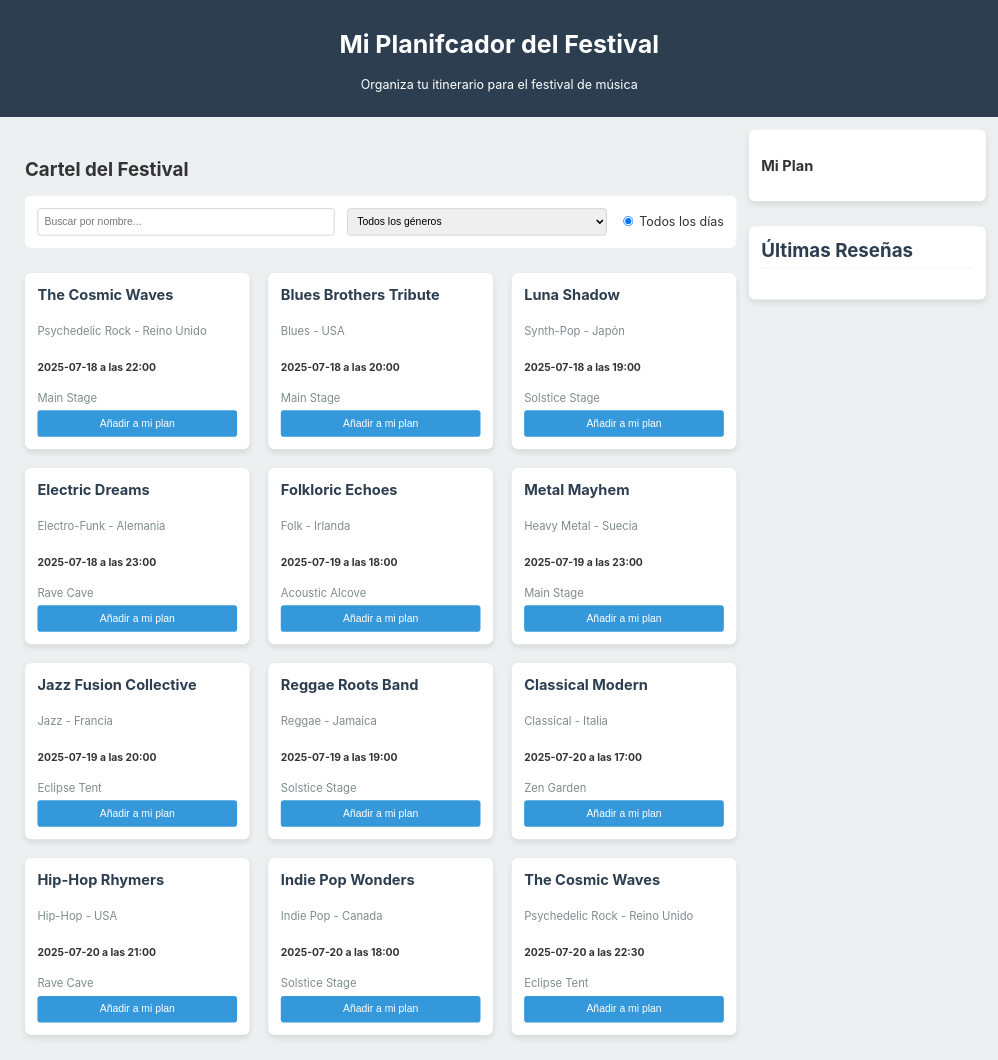
Repository: rotoforze/DWEC
Page: 2_examen_alexBernardos/index.html
The author's editor kept a copy of each file at every save. The page is drawn from the files as they stood at one save, then again after the next save.
The browser window is 1280 px wide. The pictures show the whole page, at 78% of full size.

Above is the page before, as saved 2025-12-12 11:35:53.

### 2_examen_alexBernardos/index.html
<!DOCTYPE html>
<html lang="es">
<head>
    <meta charset="UTF-8">
    <meta name="viewport" content="width=device-width, initial-scale=1.0">
    <title>Festival</title>
    <link rel="stylesheet" href="css/style.css">
</head>
<body>
    <!-- Encabezado principal de la aplicación -->
    <header>
        <h1>Mi Planifcador del Festival</h1>
        <p>Organiza tu itinerario para el festival de música</p>
    </header>

    <!-- Contenedor principal de la aplicación: organiza el dashboard y la columna derecha -->
    <div class="container">
        <!-- Sección principal del dashboard: muestra el cartel del festival y los filtros -->
        <main id="dashboard">
            <h2>Cartel del Festival</h2>
            <!-- Formulario de filtros para buscar y categorizar artistas -->
            <form id="filter-form">
                <input type="text" id="search-name" placeholder="Buscar por nombre...">
                <select id="filter-genre">
                    <option value="">Todos los géneros</option>
                    <!-- Las opciones de género se cargarán aquí dinámicamente mediante JavaScript -->
                </select>
                <div id="filter-day" class="radio-group">
                    <label><input type="radio" name="day" value="" checked> Todos los días</label>
                    <!-- Las opciones de día se cargarán aquí dinámicamente mediante JavaScript -->
                </div>
            </form>
            <!-- Contenedor donde se mostrarán las tarjetas de los artistas filtrados -->
            <div id="artist-list" class="grid-container">
                <!-- Las tarjetas de artistas se insertarán aquí por JavaScript -->
            </div>
        </main>

        <!-- Columna lateral derecha: contiene el plan del usuario y las reseñas -->
        <div class="right-column">
            <!-- Sección para el plan personalizado del usuario -->
            <aside id="my-plan-container">
                <h3>Mi Plan</h3>
                <!-- Lista donde se añadirán las actuaciones seleccionadas por el usuario -->
                <ul id="plan-list">
                    <!-- Las actuaciones añadidas aparecerán aquí por JavaScript -->
                </ul>
            </aside>
            <!-- Sección para mostrar las reseñas de los artistas -->
            <section id="reviews-section">
                <h2>Últimas Reseñas</h2>
                <!-- Contenedor donde se mostrarán las tarjetas de las reseñas -->
                <div id="reviews-list">
                    <!-- Las reseñas se insertarán aquí por JavaScript -->
                </div>
            </section>
        </div>
    </div>

    <!-- Modal para el formulario de reseña (inicialmente oculto) -->
    <div id="review-modal" class="modal-overlay" style="display: none;">
        <div class="modal-content">
            <button class="close-modal">&times;</button>
            <h3 id="modal-artist-name">Dejar reseña para...</h3>
            <!-- Formulario de reseña del artista. La validación se realiza en el cliente. -->
            <form id="review-form" novalidate>
                <div class="form-group">
                    <label>Calificación:</label>
                    <div class="star-rating">
                        <!-- Campos de radio para la calificación por estrellas (5 a 1) -->
                        <input type="radio" id="star5" name="rating" value="5" required><label for="star5" title="5 stars">★</label>
                        <input type="radio" id="star4" name="rating" value="4"><label for="star4" title="4 stars">★</label>
                        <input type="radio" id="star3" name="rating" value="3"><label for="star3" title="3 stars">★</label>
                        <input type="radio" id="star2" name="rating" value="2"><label for="star2" title="2 stars">★</label>
                        <input type="radio" id="star1" name="rating" value="1"><label for="star1" title="1 star">★</label>
                    </div>
                    <span class="error-message"></span>
                </div>
                <div class="form-group">
                    <label for="comment">Comentario:</label>
                    <textarea id="comment" name="comment" rows="4" minlength="15" required></textarea>
                    <span class="error-message"></span>
                </div>
                <div class="form-group">
                    <label for="email">Email:</label>
                    <input type="email" id="email" name="email" required>
                    <span class="error-message"></span>
                </div>
                <button type="submit">Enviar Reseña</button>
            </form>
        </div>
    </div>


    <!-- Mensaje de éxito temporal para confirmaciones de usuario (inicialmente oculto) -->
    <div id="success-message" class="success-message" style="display: none;"></div>

    <!-- Enlace al archivo JavaScript principal de la aplicación.
         El atributo 'type="module"' permite usar importaciones y exportaciones de módulos. -->
    <script src="js/main.js" type="module"></script>
</body>
</html>

### 2_examen_alexBernardos/css/style.css
/* --- GENERALES Y LAYOUT --- */
/* Este bloque define variables globales (--variable) para la paleta de colores y estilos reutilizables.
   También establece los estilos base para la página, como la fuente y la maquetación principal de dos columnas usando Flexbox. */
:root {
    --primary-color: #2c3e50;
    --secondary-color: #3498db;
    --background-color: #ecf0f1;
    --card-bg-color: #ffffff;
    --text-color: #333;
    --error-color: #e74c3c;
    --success-color: #2ecc71;
    --star-color: #f1c40f;
    --border-radius: 8px;
    --box-shadow: 0 4px 8px rgba(0, 0, 0, 0.1);
}

body {
    font-family: -apple-system, BlinkMacSystemFont, "Segoe UI", Roboto, Helvetica, Arial, sans-serif;
    margin: 0;
    background-color: var(--background-color);
    color: var(--text-color);
}

header {
    background-color: var(--primary-color);
    color: white;
    padding: 1rem 2rem;
    text-align: center;
}

.container {
    display: flex;
    flex-wrap: wrap;
    padding: 1rem;
}

main#dashboard {
    flex: 3;
    min-width: 300px;
    padding: 1rem;
}

.right-column {
    flex: 1;
    min-width: 300px;
    display: flex;
    flex-direction: column;
    gap: 2rem;
}

aside#my-plan-container {
    background-color: var(--card-bg-color);
    padding: 1rem;
    border-radius: var(--border-radius);
    box-shadow: var(--box-shadow);
}

/* --- FORMULARIO DE FILTROS --- */
/* Estilos para el formulario que permite al usuario buscar y filtrar artistas. */
#filter-form {
    display: flex;
    flex-wrap: wrap;
    gap: 1rem;
    margin-bottom: 2rem;
    background-color: var(--card-bg-color);
    padding: 1rem;
    border-radius: var(--border-radius);
}

#filter-form input[type="text"],
#filter-form select {
    padding: 0.5rem;
    border: 1px solid #ccc;
    border-radius: 4px;
    flex-grow: 1;
}

.radio-group {
    display: flex;
    gap: 1rem;
    align-items: center;
}

/* --- TARJETAS DE ARTISTAS --- */
/* Define el layout de parrilla para las tarjetas de artistas y el estilo de cada tarjeta individual,
   incluyendo efectos visuales como sombras y animaciones al pasar el ratón. */
.grid-container {
    display: grid;
    grid-template-columns: repeat(auto-fill, minmax(220px, 1fr));
    gap: 1.5rem;
}

.artist-card {
    background: var(--card-bg-color);
    border-radius: var(--border-radius);
    box-shadow: var(--box-shadow);
    padding: 1rem;
    transition: transform 0.2s, box-shadow 0.2s;
    display: flex;
    flex-direction: column;
}

.artist-card:hover {
    transform: translateY(-5px);
    box-shadow: 0 8px 16px rgba(0, 0, 0, 0.15);
}

.artist-card h3 {
    margin-top: 0;
    color: var(--primary-color);
}

.artist-card p {
    font-size: 0.9rem;
    color: #7f8c8d;
    margin: 0.5rem 0;
}

.card-schedule-info {
    font-size: 0.85rem;
    color: #34495e;
    background-color: #f8f9f9;
    padding: 0.5rem;
    border-radius: 4px;
    margin: 1rem 0;
    border-left: 3px solid var(--secondary-color);
}

.card-schedule-info span {
    display: block;
}

.card-schedule-info span:first-child {
    font-weight: bold;
}

.artist-card button {
    background-color: var(--secondary-color);
    color: white;
    border: none;
    padding: 0.6rem 1rem;
    border-radius: 4px;
    cursor: pointer;
    width: 100%;
    margin-top: auto; /* Empuja el botón al final */
    transition: background-color 0.2s;
}

.artist-card button:hover {
    background-color: #2980b9;
}

/* --- SECCIÓN "MI PLAN" --- */
/* Estilos para la lista de actuaciones que el usuario ha seleccionado.
   Incluye el estilo de cada elemento de la lista y sus botones de acción (Eliminar, Dejar reseña). */
#plan-list {
    list-style-type: none;
    padding: 0;
    margin: 0;
}

#plan-list li {
    background-color: #f9f9f9;
    padding: 0.8rem;
    margin-bottom: 0.8rem;
    border-radius: 4px;
    border-left: 5px solid var(--secondary-color);
    position: relative;
}

#plan-list .plan-item-info strong {
    display: block;
    color: var(--primary-color);
}

#plan-list .plan-item-info span {
    font-size: 0.85rem;
    color: #7f8c8d;
}

#plan-list .plan-item-actions {
    margin-top: 0.5rem;
    display: flex;
    gap: 0.5rem;
}

.plan-item-actions button {
    font-size: 0.75rem;
    padding: 0.3rem 0.6rem;
    border-radius: 3px;
    cursor: pointer;
    border: 1px solid;
}

.btn-delete {
    border-color: var(--error-color);
    color: var(--error-color);
    background: transparent;
}
.btn-review {
    border-color: var(--secondary-color);
    color: var(--secondary-color);
    background: transparent;
}
.btn-review:disabled {
    border-color: #ccc;
    color: #ccc;
    cursor: not-allowed;
}


/* --- MODAL --- */
/* Estilos para la ventana modal que aparece superpuesta.
   Define la capa de fondo oscura y el contenedor del contenido del modal. */
.modal-overlay {
    position: fixed;
    top: 0;
    left: 0;
    width: 100%;
    height: 100%;
    background-color: rgba(0, 0, 0, 0.6);
    display: flex;
    justify-content: center;
    align-items: center;
    z-index: 1000;
}

.modal-content {
    background: white;
    padding: 2rem;
    border-radius: var(--border-radius);
    width: 90%;
    max-width: 500px;
    position: relative;
}

.close-modal {
    position: absolute;
    top: 1rem;
    right: 1rem;
    background: none;
    border: none;
    font-size: 1.5rem;
    cursor: pointer;
}

/* --- FORMULARIO DE RESEÑA --- */
/* Define los estilos para el formulario dentro del modal, incluyendo los campos de entrada,
   los mensajes de error de validación y el sistema de calificación por estrellas. */
#review-form .form-group {
    margin-bottom: 1rem;
}

#review-form label {
    display: block;
    margin-bottom: 0.3rem;
}

#review-form input,
#review-form textarea {
    width: 100%;
    padding: 0.5rem;
    border: 1px solid #ccc;
    border-radius: 4px;
    box-sizing: border-box;
}

#review-form button {
    background-color: var(--success-color);
    color: white;
    padding: 0.7rem 1.5rem;
    border: none;
    border-radius: 4px;
    cursor: pointer;
}
.error-message {
    color: var(--error-color);
    font-size: 0.8rem;
    height: 1rem;
    display: block;
}
input:invalid, textarea:invalid {
    border-color: var(--error-color);
}

/* Star Rating: Implementación de calificación por estrellas con inputs de radio y CSS. */
.star-rating {
    display: flex;
    flex-direction: row-reverse;
    justify-content: flex-end;
}

.star-rating input[type="radio"] {
    display: none;
}

.star-rating label {
    color: #ccc;
    cursor: pointer;
    font-size: 2rem;
    margin: 0;
}

.star-rating input[type="radio"]:checked ~ label,
.star-rating label:hover,
.star-rating label:hover ~ label {
    color: var(--star-color);
}

/* --- MENSAJE DE ÉXITO --- */
/* Estilos para la notificación flotante que aparece tras enviar una reseña. */
.success-message {
    position: fixed;
    bottom: 20px;
    left: 50%;
    transform: translateX(-50%);
    background-color: var(--success-color);
    color: white;
    padding: 1rem 2rem;
    border-radius: var(--border-radius);
    z-index: 1001;
    box-shadow: var(--box-shadow);
}


/* --- SECCIÓN DE RESEÑAS --- */
/* Estilos para la sección que muestra las reseñas enviadas y el formato de cada tarjeta de reseña. */
#reviews-section {
    background-color: var(--card-bg-color);
    padding: 1rem;
    border-radius: var(--border-radius);
    box-shadow: var(--box-shadow);
}

#reviews-section h2 {
    text-align: left;
    margin-top: 0;
    margin-bottom: 1.5rem;
    padding-bottom: 0.5rem;
    border-bottom: 1px solid #eee;
    color: var(--primary-color);
}

#reviews-list {
    display: flex;
    flex-direction: column;
    gap: 1rem;
}

.review-card {
    background: #f9f9f9;
    border-radius: var(--border-radius);
    padding: 1rem;
    display: flex;
    flex-direction: column;
    border-left: 5px solid var(--secondary-color);
}

.review-card h4 {
    margin: 0 0 0.5rem 0;
    color: var(--primary-color);
}

.review-card-rating {
    color: var(--star-color);
    font-size: 1.2rem;
    margin-bottom: 1rem;
}

.review-card-comment {
    font-style: italic;
    color: #555;
    margin: 0;
}


/* --- RESPONSIVE --- */
/* Contiene las Media Queries para adaptar el diseño a diferentes tamaños de pantalla,
   como apilar las columnas en dispositivos móviles. */
@media (max-width: 992px) {
    .container {
        flex-direction: column;
    }
    .right-column {
        margin-top: 2rem;
        gap: 2rem;
    }
}

### 2_examen_alexBernardos/js/main.js
// js/main.js

import { cargarDatos } from "./dataManager.js";

function init(){
    // iniciamos la app
    console.log('%c Iniciando...', "color:green;");

    cargarDatos();

}


document.addEventListener('DOMContentLoaded', init);

### 2_examen_alexBernardos/js/dataManager.js
import { renderTarjetas } from "./renderer.js";

let horarios;
let artistas;
let escenarios;
let generos = [];


export async function cargarDatos() {

    console.log('%c Cargando datos de horarios.json, artistas.json, escenarios.json.', 'color:blue;');
    // guardo los horarios
    horarios = await fetchRute("./data/horarios.json");
    // guardo los artistas
    artistas = await fetchRute("./data/artistas.json");
    // guardo los escenarios
    escenarios = await fetchRute("./data/escenarios.json");
    console.log('%c Datos de horarios.json, artistas.json, escenarios.json, cargados correctamente.', 'color:blue;');

    sacarGeneros();
    ponerGenerosEnSelect();
    renderTarjetas(horarios);
}

/**
 * Saca los generos de los artistas y los mete en un array
 * no admite duplicados
 */
function sacarGeneros() {
    for (const artista of artistas) {
        if (!generos.includes(artista.genero)) {
            generos.push(artista.genero);
        }
    }
}

/**
 * Pone los generos en el select.
 */
function ponerGenerosEnSelect() {
    const listaGeneros = document.querySelector('#filter-genre');
    generos.map((genero, clave) => {
        listaGeneros.innerHTML += (`
            <option value="${clave}">${genero}</option>
            `);
    })
}

/**
 * Recibe un id de un artista y devuelve el objeto correspondiente
 *
 * @param {String} id
 * @returns {object}
 */
export function getArtista(id) {
    for (const artista of artistas) {
        if (artista.id == id) {
            return artista;
        }
    }
}

/**
 * Recibe un id de un escenario y devuelve el objeto correspondiente
 *
 * @param {String} id
 * @returns {object}
 */
export function getEscenario(id) {
    for (const escenario of escenarios) {
        if (escenario.id == id) {
            return escenario;
        }
    }
}

/**
 * Recibe una ruta, usando una promesa, hace un fetch y devuelve su resultado.
 *
 * @param {File} rute
 */
async function fetchRute(rute) {
    return new Promise((resolve, reject) =>
        fetch(rute)
            .then(resp => resp.json())
            .then((data) => resolve(data))
            .catch((error) => reject(error)));
}

### 2_examen_alexBernardos/js/renderer.js
import { getArtista, getEscenario } from "./dataManager.js";

export function renderTarjetas(horarios) {
    const contenedor = document.querySelector("#artist-list");
    contenedor.innerHTML = "";
    for (const horario of horarios) {
        contenedor.innerHTML += nuevaTarjeta(horario.artistaId, horario.dia,
                                    horario.horaInicio, horario.escenarioId);
    }
}

function nuevaTarjeta(artistaId, dia, horaInicio, escenarioId) {
    return (`
        <div class="artist-card">
            <h3>${getArtista(artistaId).nombre}</h3>
            <p>${getArtista(artistaId).genero} - ${getArtista(artistaId).pais}</p>
            <div>
                <h5>${dia} a las ${horaInicio}</h5>
                <p>${getEscenario(escenarioId).nombre}</p>
            </div>
            <button>Añadir a mi plan</button>
        </div>
        `)
}

### 2_examen_alexBernardos/data/horarios.json
[
  {
    "artistaId": "a1",
    "escenarioId": "e6",
    "dia": "2025-07-18",
    "horaInicio": "22:00",
    "duracion": 90
  },
  {
    "artistaId": "a3",
    "escenarioId": "e6",
    "dia": "2025-07-18",
    "horaInicio": "20:00",
    "duracion": 90
  },
  {
    "artistaId": "a2",
    "escenarioId": "e1",
    "dia": "2025-07-18",
    "horaInicio": "19:00",
    "duracion": 60
  },
  {
    "artistaId": "a4",
    "escenarioId": "e4",
    "dia": "2025-07-18",
    "horaInicio": "23:00",
    "duracion": 75
  },
  {
    "artistaId": "a5",
    "escenarioId": "e5",
    "dia": "2025-07-19",
    "horaInicio": "18:00",
    "duracion": 60
  },
  {
    "artistaId": "a6",
    "escenarioId": "e6",
    "dia": "2025-07-19",
    "horaInicio": "23:00",
    "duracion": 120
  },
  {
    "artistaId": "a7",
    "escenarioId": "e2",
    "dia": "2025-07-19",
    "horaInicio": "20:00",
    "duracion": 90
  },
  {
    "artistaId": "a8",
    "escenarioId": "e1",
    "dia": "2025-07-19",
    "horaInicio": "19:00",
    "duracion": 75
  },
  {
    "artistaId": "a9",
    "escenarioId": "e3",
    "dia": "2025-07-20",
    "horaInicio": "17:00",
    "duracion": 60
  },
  {
    "artistaId": "a10",
    "escenarioId": "e4",
    "dia": "2025-07-20",
    "horaInicio": "21:00",
    "duracion": 90
  },
  {
    "artistaId": "a11",
    "escenarioId": "e1",
    "dia": "2025-07-20",
    "horaInicio": "18:00",
    "duracion": 75
  },
  {
    "artistaId": "a1",
    "escenarioId": "e2",
    "dia": "2025-07-20",
    "horaInicio": "22:30",
    "duracion": 90
  }
]

### 2_examen_alexBernardos/data/artistas.json
[
  {
    "id": "a1",
    "nombre": "The Cosmic Waves",
    "genero": "Psychedelic Rock",
    "pais": "Reino Unido",
    "miembros": ["Alex", "Zoe", "Sam", "Leo"],
    "fansEstimados": 12000
  },
  {
    "id": "a2",
    "nombre": "Luna Shadow",
    "genero": "Synth-Pop",
    "pais": "Japón",
    "miembros": ["Yuki"],
    "fansEstimados": 8000
  },
  {
    "id": "a3",
    "nombre": "Blues Brothers Tribute",
    "genero": "Blues",
    "pais": "USA",
    "miembros": ["Jake", "Elwood"],
    "fansEstimados": 15000
  },
  {
    "id": "a4",
    "nombre": "Electric Dreams",
    "genero": "Electro-Funk",
    "pais": "Alemania",
    "miembros": ["DJ Spark", "BassBot"],
    "fansEstimados": 9500
  },
  {
    "id": "a5",
    "nombre": "Folkloric Echoes",
    "genero": "Folk",
    "pais": "Irlanda",
    "miembros": ["Fiona", "Liam", "Aoife"],
    "fansEstimados": 7000
  },
  {
    "id": "a6",
    "nombre": "Metal Mayhem",
    "genero": "Heavy Metal",
    "pais": "Suecia",
    "miembros": ["Thor", "Odin", "Loki"],
    "fansEstimados": 18000
  },
  {
    "id": "a7",
    "nombre": "Jazz Fusion Collective",
    "genero": "Jazz",
    "pais": "Francia",
    "miembros": ["Pierre", "Marie", "Louis"],
    "fansEstimados": 6000
  },
  {
    "id": "a8",
    "nombre": "Reggae Roots Band",
    "genero": "Reggae",
    "pais": "Jamaica",
    "miembros": ["Rasta Joe", "Mama Earth"],
    "fansEstimados": 11000
  },
  {
    "id": "a9",
    "nombre": "Classical Modern",
    "genero": "Classical",
    "pais": "Italia",
    "miembros": ["Maestro Carlo"],
    "fansEstimados": 4000
  },
  {
    "id": "a10",
    "nombre": "Hip-Hop Rhymers",
    "genero": "Hip-Hop",
    "pais": "USA",
    "miembros": ["MC Flow", "Beat Master"],
    "fansEstimados": 13000
  },
  {
    "id": "a11",
    "nombre": "Indie Pop Wonders",
    "genero": "Indie Pop",
    "pais": "Canada",
    "miembros": ["Chloe", "Finn"],
    "fansEstimados": 8500
  }
]

### 2_examen_alexBernardos/data/escenarios.json
[
  {
    "id": "e1",
    "nombre": "Solstice Stage",
    "capacidad": 15000,
    "ubicacion": "Zona Norte"
  },
  {
    "id": "e2",
    "nombre": "Eclipse Tent",
    "capacidad": 5000,
    "ubicacion": "Zona Oeste"
  },
  {
    "id": "e3",
    "nombre": "Zen Garden",
    "capacidad": 3000,
    "ubicacion": "Zona Sur"
  },
  {
    "id": "e4",
    "nombre": "Rave Cave",
    "capacidad": 7000,
    "ubicacion": "Zona Este"
  },
  {
    "id": "e5",
    "nombre": "Acoustic Alcove",
    "capacidad": 1000,
    "ubicacion": "Centro"
  },
  {
    "id": "e6",
    "nombre": "Main Stage",
    "capacidad": 20000,
    "ubicacion": "Entrada Principal"
  },
  {
    "id": "e7",
    "nombre": "Chill Zone",
    "capacidad": 2000,
    "ubicacion": "Junto al Lago"
  },
  {
    "id": "e8",
    "nombre": "Groove Ground",
    "capacidad": 6000,
    "ubicacion": "Área de Comida"
  },
  {
    "id": "e9",
    "nombre": "Tech Temple",
    "capacidad": 4000,
    "ubicacion": "Bosque"
  },
  {
    "id": "e10",
    "nombre": "Vibe Village",
    "capacidad": 2500,
    "ubicacion": "Campamento"
  }
]

After the next save:
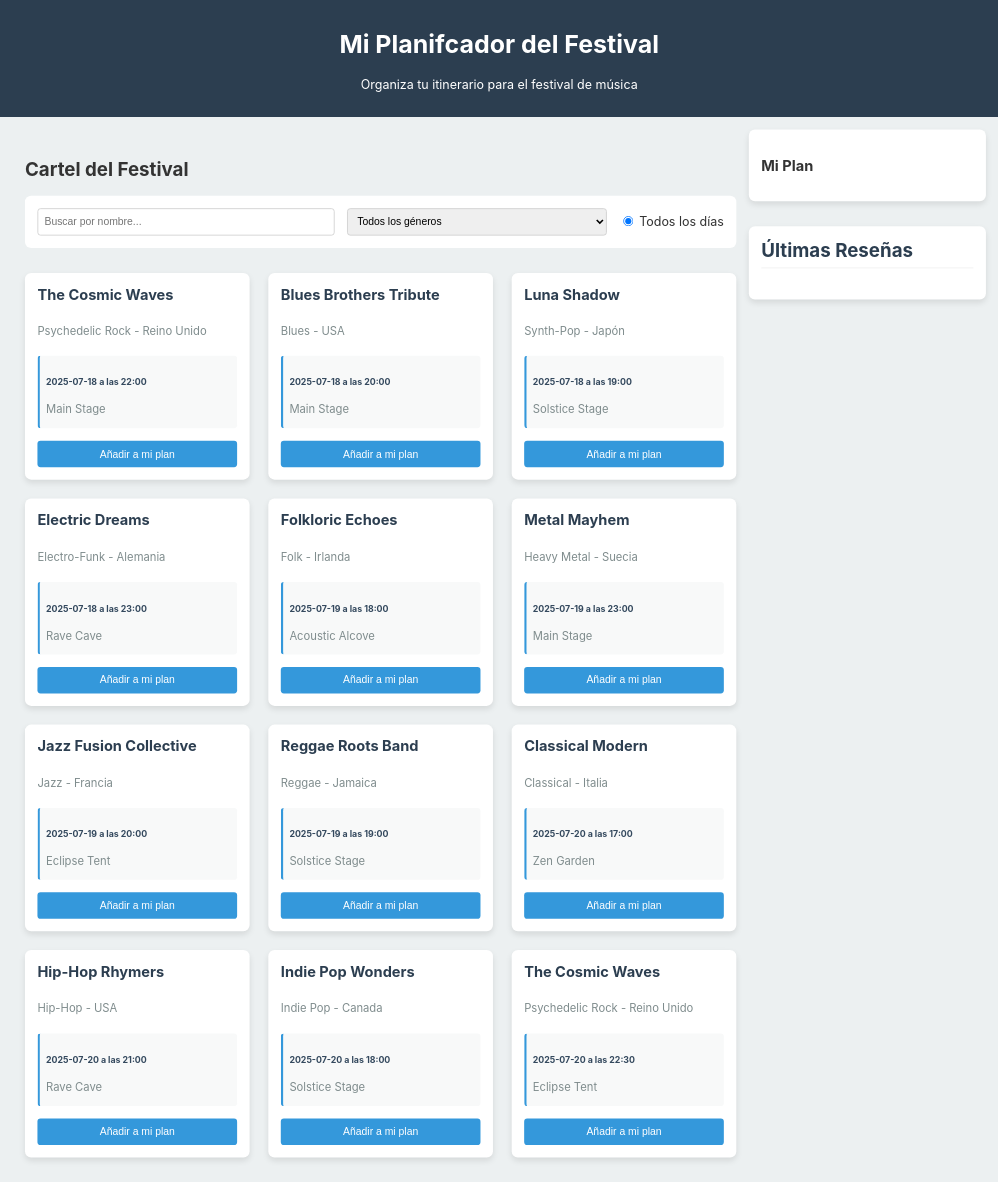
Saved 22 s later.
--- a/2_examen_alexBernardos/js/renderer.js
+++ b/2_examen_alexBernardos/js/renderer.js
@@ -14,7 +14,7 @@ function nuevaTarjeta(artistaId, dia, horaInicio, escenarioId) {
         <div class="artist-card">
             <h3>${getArtista(artistaId).nombre}</h3>
             <p>${getArtista(artistaId).genero} - ${getArtista(artistaId).pais}</p>
-            <div>
+            <div class="card-schedule-info">
                 <h5>${dia} a las ${horaInicio}</h5>
                 <p>${getEscenario(escenarioId).nombre}</p>
             </div>
